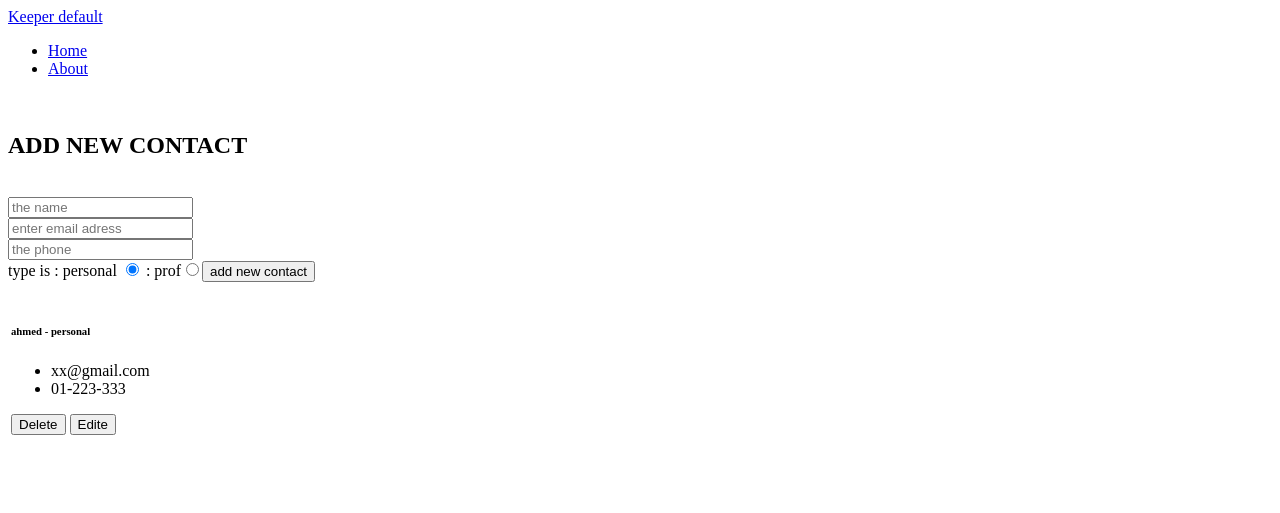
Repository: 3bdulrahman/contact-keeper
Page: / (app in client/)
These files come from the project's save history. The page is drawn as it stood at one moment and after the next save; the edit follows.
The browser window is 1280 px wide. The pictures show the whole page.
The project was rebuilt for these pictures with package versions that can differ from the ones it lists, and the page was loaded fresh each time. A package was used in the major version that the imports need, not the one package.json lists. Also part of the build but not shown: client/src/components/pages/About.js, client/src/App.css.

Above is the page before, as saved 2020-04-17 18:31:09.

### client/src/App.js
import React,{Fragment} from 'react';
import { BrowserRouter as Router , Route , Switch } from 'react-router-dom'
import Navbar from './components/layout/Navbar'
import Home from './components/pages/Home'
import About from './components/pages/About'
import ContactState  from './context/contact/ContactState'
import './App.css'
const  App = ()=> {
   return (
    <ContactState>
    <Router>
    <Fragment>
         <Navbar   />
         <div className='container'>
             <Switch>
               <Route exact path='/' component={Home} />
               <Route exact path='/about' component={About} />
             </Switch>
         </div>
    </Fragment>
    </Router>
    </ContactState>
  );
}

export default App;

### client/src/components/layout/Navbar.js
import React from 'react'
import {Link} from 'react-router-dom'
import PropTypes from 'prop-types'

 const Navbar = ({title}) => {
    return (
      <nav className="navbar navbar-expand-sm bg-dark navbar-dark">

      <a className="navbar-brand" href="#">{title}</a>


      <ul className="navbar-nav">
        <li className="nav-item">
        <Link className="nav-link" to="/"><i className='fa fa-home'></i> Home</Link>
        </li>
        <li className="nav-item">
          <Link className="nav-link" to="/about">About</Link>
        </li>

      </ul>
    </nav>
    )
}

Navbar.propTypes= {
     title:PropTypes.string.isRequired
}
Navbar.defaultProps = {
     title:'Keeper default '
}

export default Navbar

### client/src/components/pages/Home.js
import React from 'react'
import Contacts from '../contacts/contacts'
import Contactform from '../contacts/contactForm'
 const Home = () => {
    return (
        <div className="row">
            <div className="col-md-6 col-lg-6">
                <Contactform />
            </div>
             <div className="col-md-6 col-lg-6">
                 <br />
                 <Contacts /></div>
        </div>
    )
}

export default Home

### client/src/context/contact/ContactState.js
import React,{useReducer} from 'react'
import uuid from 'uuid/v4'
import contactContext from './ContactContext'
import { UPDATE_CONTACT,CLEAR_CURRENT,DELETE_CONTACT,SET_CURRENT,ADD_CONTACT,SET_ALERT,REMOVE_ALERT,
    FILTER_CONTACTS,CLEAR_FILTER} from '../type'
import contactReducer from '../contact/ContactReducer'
const ContactState = props=>{
       const contactInit = {
             contacts:[
                   {id:1,name:"ahmed",email:"xx@gmail.com",phone:"01-223-333",type:"personal"}
             ],
             current:null,
             filtered:null
       };
       const [state,dispatch] = useReducer(contactReducer,contactInit)
       //add contact
       const addContact = contact =>{
            contact.id = uuid()
            dispatch({
                  type:ADD_CONTACT,
                  payload:contact
            })
       }
       // delete contact
       const deleteContact = id =>{
        dispatch({
              type:DELETE_CONTACT,
              payload:id
        })
   }

   // set Current
     const setCurrent = contact =>{
           dispatch({
                type:SET_CURRENT,
                payload:contact
           })
     }
   // clear current
   const clearCurrent =()=> dispatch({ type:CLEAR_CURRENT})
   //update contact
   const updateContact= contact =>{
      dispatch({
           type:UPDATE_CONTACT,
           payload:contact
      })
}
  // contact filtered
     const contactFilter = txt =>{
             dispatch({
                    type:FILTER_CONTACTS,
                    payload:txt
             })
     }
  // contact clear filtered
  const contactClearFiltred = ()=> dispatch({ type:CLEAR_FILTER })
       return(
            <contactContext.Provider value={{
                contacts:state.contacts,
                current:state.current,
                filtered:state.filtered,
                contactClearFiltred,
                contactFilter,
                setCurrent,
                clearCurrent,
                addContact,
                updateContact,
                deleteContact
            }}>
                {props.children}
            </contactContext.Provider>
       )
}

export default ContactState

### client/src/components/contacts/contacts.js
import React,{useContext,Fragment} from 'react'
import ContactContext from '../../context/contact/ContactContext'
import ContactsItem from './contactsItem'
 const Contacts = () => {
    const contextContact = useContext(ContactContext)
    const {contacts} = contextContact
    return (
        <Fragment>
            {contacts.map(contact=> <ContactsItem key={contact.id} contact={contact} />)}
        </Fragment>
    )
}
export default Contacts

### client/src/components/contacts/contactForm.js
import React,{useState,useContext,useEffect} from 'react'
import contactContext from '../../context/contact/ContactContext'
 const Contactform = () => {
    const context = useContext(contactContext)
    const {addContact,current,updateContact,clearCurrent} = context
    const [ contact,setContact] = useState({
          name:'' , email:'',phone:'',type:'personal'
    })
    useEffect(()=>{
            if(current!=null){
                setContact(current)
            }else{
            setContact({name:'' , email:'',phone:'',type:'personal'})
            }
    },[context,current])

    const {name,email,phone,type} = contact
    const onChange = e=> setContact({...contact,[e.target.name]:e.target.value})
    const onSubmit = e=>{
        e.preventDefault()
        // add method
        if(current==null){
            addContact(contact)
        }else{
            updateContact(contact)
            clearAll()
        }
        setContact({name:'' , email:'',phone:'',type:'personal'})
    }
    const clearAll = ()=> clearCurrent()
    return (
        <form onSubmit={onSubmit}>
        <br />
        <h2>{current ? 'Update CONTACT':'ADD NEW CONTACT'} </h2>
        <br />
            <div className='form-group'>
                <input type='text' className='form-control'
                placeholder='the name' name='name' value={name} onChange={onChange} />
                <br />
                <input type='text' className='form-control'
                placeholder='enter email adress'name='email' value={email} onChange={onChange} />
                <br />
                <input type='text' className='form-control'
                placeholder='the phone' name='phone' value={phone} onChange={onChange} />
                <br />
                type is : personal <input type='radio'
                 value='personal' name='type' onChange={onChange} checked={type==='personal'}  />{' '}
                  : prof<input type='radio'
                 value='prof' name='type'  onChange={onChange} checked={type==='prof'}/>
                 <input type='submit' value={current?'update contact':'add new contact'} className='btn btn-block btn-primary' />
                 <br />
                 {current && <div>
                       <button className="btn btn-block btn-light" onClick={clearAll}>clear current</button>
                     </div>}

            </div>
        </form>
    )
}


export default Contactform

### client/src/context/contact/ContactContext.js
import {createContext} from 'react'
const contactContext = createContext()
export default contactContext

### client/src/context/type.js
export const ADD_CONTACT="ADD_CONTACT"
export const DELETE_CONTACT="DELETE_CONTACT"
export const UPDATE_CONTACT="UPDATE_CONTACT"
export const FILTER_CONTACTS="FILTER_CONTACTS"
export const CLEAR_FILTER="CLEAR_FILTER"
export const SET_CURRENT="SET_CURRENT"
export const CLEAR_CURRENT="CLEAR_CURRENT"
export const SET_ALERT="SET_ALERT"
export const REMOVE_ALERT="REMOVE_ALERT"

### client/src/context/contact/ContactReducer.js
import { UPDATE_CONTACT,CLEAR_CURRENT,DELETE_CONTACT,SET_CURRENT,ADD_CONTACT,SET_ALERT,REMOVE_ALERT,
    FILTER_CONTACTS,CLEAR_FILTER} from '../type'

export default (state,action)=>{
      switch(action.type){

          case ADD_CONTACT:
              return { ...state,contacts:[...state.contacts,action.payload]}
          case DELETE_CONTACT:
              return { ...state,contacts:state.contacts.filter(contact=> contact.id!= action.payload)}
          case SET_CURRENT:
              return {...state,current:action.payload}
          case UPDATE_CONTACT:
              return {...state,contacts:state.contacts.map(contact=> contact.id == action.payload.id ? action.payload:contact  )}
          case CLEAR_CURRENT:
              return {...state,current:null}
          case FILTER_CONTACTS:
              return { ...state, filtered:state.contacts.filter(contact=>{
                   const regx = new RegExp(`${action.payload}`,'gi')
                   return contact.name.match(regx)| contact.email.match(regx)
              }) }
         case CLEAR_FILTER:
             return { ...state, filtered:null}
           default:
               return state
      }
}

### client/src/components/contacts/contactsItem.js
import React,{useContext} from 'react'
import ContactContext from '../../context/contact/ContactContext'
 const ContactsItem = ({contact}) => {
    const context = useContext(ContactContext)
    const { deleteContact,clearCurrent,setCurrent} = context
    const {id,name,email,phone,type} = contact
    const deleteonClick = ()=> {
        deleteContact(id)
        clearCurrent()
    }
    return (
        <div className="card" style={{margin:'3px'}}>

              <div className="card-body">
              <div className="card-title">
              <h6 className="text-info"><i className="fa fa-user"></i> {name} - <span className={'badge ' + (type==='personal'?'badge-primary':'badge-danger')}>{type}</span></h6>
              </div>

              <div className="card-text">
                  <ul className="list-inline">
                      <li><i class="fas fa-fire"></i> {email&& <span className="label label-primary">{email}</span>}</li>
                      <li><i class="fas fa-phone"></i> {phone&& <span className="label label-warning">{' '+phone}</span>}</li>
                  </ul>
              </div>
              <div className="card-link"><button className="btn btn-danger btn-sm" onClick={deleteonClick}>Delete</button>{' '}
              <button className="btn btn-primary btn-sm" onClick={()=>setCurrent(contact)}>Edite</button>
               </div>

              </div>
        </div>
    )
}
export default ContactsItem

### client/src/components/contacts/contactFilter.js
import React,{useEffect,useContext,useRef} from 'react'
import contactContext from '../../context/contact/ContactContext'
 const ContactFilter = () => {
    const context = useContext(contactContext)
    const { contactClearFiltred,contactFilter ,filtered} = context
    const text = useRef('')
    useEffect(() => {
         if(filtered == null){
             text.current.value=''
         }
    })

    const onChange = e=>{
         if(text.current.value!==''){
            contactFilter(e.target.value)
         }else{
            contactClearFiltred()
         }
    }
    return (
        <form>
            <input ref={text} type='text' placeholder='search contacts' onChange={onChange} />
        </form>
    )
}

export default ContactFilter

Loaded but not shown: client/src/index.js (common file)

After the next save:
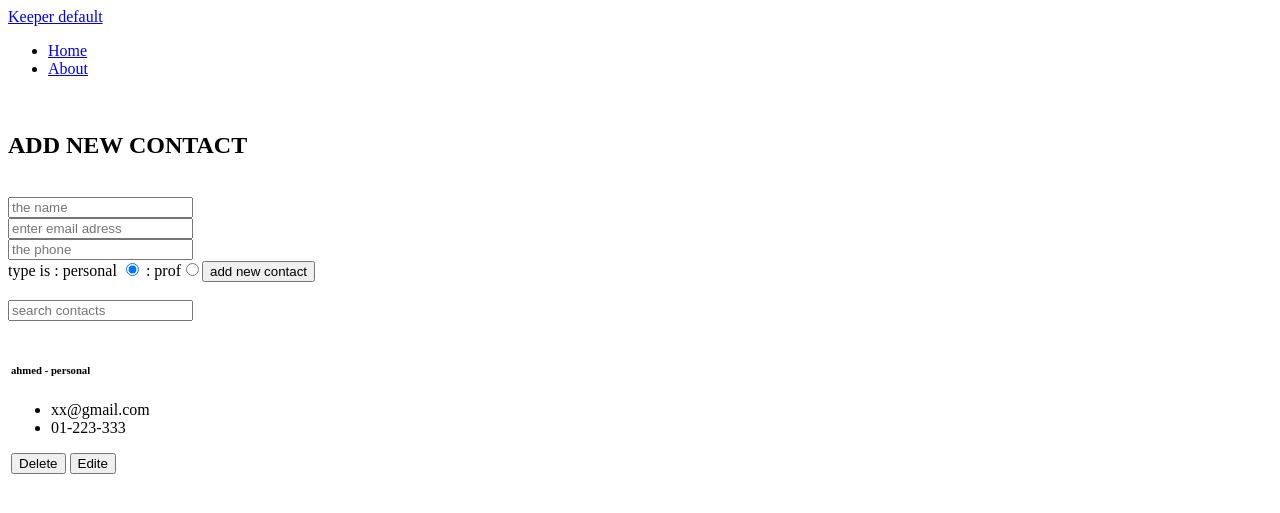
Saved 55 s later.
--- a/client/src/components/pages/Home.js
+++ b/client/src/components/pages/Home.js
@@ -1,6 +1,7 @@
 import React from 'react'
 import Contacts from '../contacts/contacts'
 import Contactform from '../contacts/contactForm'
+import ContactFilter from '../contacts/contactFilter'
  const Home = () => {
     return (
         <div className="row">
@@ -9,6 +10,8 @@ import Contactform from '../contacts/contactForm'
             </div>
              <div className="col-md-6 col-lg-6">
                  <br />
+                 <ContactFilter />
+                 <br />
                  <Contacts /></div>
         </div>
     )
